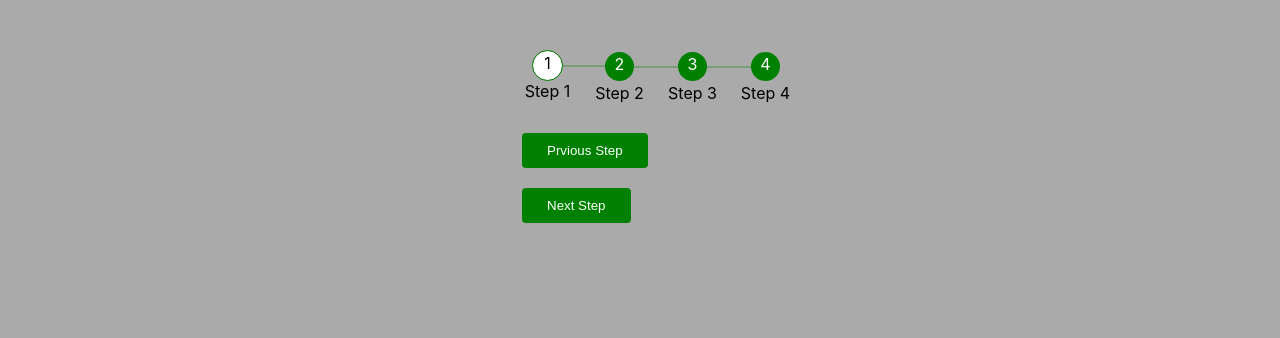
Repository: SD-Mdouka/project_step
Page: /
These files come from the project's save history. The page is drawn as it stood at one moment and after the next save; the edit follows.
The browser window is 1280 px wide. The pictures show the whole page.
The project was rebuilt for these pictures with package versions that can differ from the ones it lists, and the page was loaded fresh each time.

Above is the page before, as saved 2022-09-05 14:30:22.

### src/index.js
import React from "react";
import ReactDOM from "react-dom/client";
import "./index.css";
import App from "./Steps";
// import { AppBar, Toolbar, Typography } from "@material-ui/core";

const root = ReactDOM.createRoot(document.getElementById("root"));
root.render(
  <React.StrictMode>
    {/* <AppBar>
      <Toolbar>
        <Typography varient="h6">React app</Typography>
      </Toolbar>
    </AppBar> */}
    <App />
  </React.StrictMode>
);

### src/index.css
body {
    background-color: #aaa;
    margin: 0;
    font-family: -apple-system, BlinkMacSystemFont, "Segoe UI", "Roboto", "Oxygen", "Ubuntu", "Cantarell", "Fira Sans", "Droid Sans", "Helvetica Neue", sans-serif;
    -webkit-font-smoothing: antialiased;
    -moz-osx-font-smoothing: grayscale;
}

code {
    font-family: source-code-pro, Menlo, Monaco, Consolas, "Courier New", monospace;
}

.App-Project {
    margin-top: 50px;
    margin-inline: 40% !important;
}

.cirecle {
    width: 29px;
    height: 29px;
    line-height: 25px;
    background-color: green;
    color: white;
    border-radius: 50%;
    -webkit-border-radius: 50%;
    -moz-border-radius: 50%;
    -ms-border-radius: 50%;
    -o-border-radius: 50%;
    border: 2px solid transparent;
    text-align: center;
    cursor: pointer;
    background-clip: padding-box;
    -webkit-background-clip: padding-box;
}

.stepsWrapp {
    display: flex;
    margin-bottom: 20px;
    text-align: center;
}

.stepeBlock .circleWrapper {
    padding: 0px 20px;
    position: relative;
}

.selected .cirecle {
    color: black;
    background-color: white;
    border: 1px solid green;
}

.stepeBlock:not(:last-child)>.circleWrapper::after {
    content: "";
    width: 100%;
    height: 2px;
    position: absolute;
    top: 0px;
    bottom: 0px;
    background-color: green;
    margin: auto;
    z-index: -1;
}

.stepeBlock:not(:last-child)>.circleWrapper::after {
    height: 3px;
    opacity: 1;
}

.stepeBlock:not(:last-child).selected>.circleWrapper::after,
.stepeBlock:not(:last-child).selected~.stepeBlock:not(:last-child)>.circleWrapper::after {
    height: 2px;
    opacity: 0.3;
}

.pages {
    margin: 0 40%;
}

.primaryBtn {
    padding: 10px 25px;
    background-color: green;
    border: none;
    margin: 10px;
    color: white;
    border-radius: 4px;
    -webkit-border-radius: 4px;
    -moz-border-radius: 4px;
    -ms-border-radius: 4px;
    -o-border-radius: 4px;
    cursor: pointer;
}

.content {
    width: 100%;
    max-width: 960px;
    margin: auto;
}

.flex-container {
    background: #fff;
}

### src/Steps/index.js
import Step from "./Step";
import pageFlex from "./pageFlex";
import React, { useState } from "react";

function App() {
  const labelArray = ["Step 1", "Step 2", "Step 3", "Step 4"];
  const [currentSteps, setCurrentSteps] = useState(1);
  function updateStep(step) {
    setCurrentSteps(step);
  }
  return (
    <div className="App-Project">
      <Step
        labelArray={labelArray}
        currentSteps={currentSteps}
        updateStep={updateStep}
      ></Step>
      <p className="flex-container">
        {" "}
        <pageFlex />
      </p>
      <div>
        <button
          className="primaryBtn"
          onClick={() => updateStep(currentSteps - 1)}
        >
          Prvious Step
        </button>
        <button
          className="primaryBtn"
          onClick={() => updateStep(currentSteps + 1)}
        >
          Next Step
        </button>
      </div>
    </div>
  );
}

export default App;

### src/Steps/Step/index.js
import React, { useState } from "react";
import NavStep from "./NavStep";

const Step = (props) => {
  return (
    <div className="stepsWrapp">
      {props.labelArray.map((item, index) => (
        <NavStep
          key={index}
          index={index}
          label={item}
          updateStep={props.updateStep}
          selected={props.currentSteps === index + 1}
        ></NavStep>
      ))}
    </div>
  );
};
export default Step;

### src/Steps/Step/NavStep/index.js
import React from "react";

const NavStep = (props) => {
  return (
    <div className={"stepeBlock" + (props.selected ? " selected" : "")}>
      <div
        className="circleWrapper"
        onClick={() => props.updateStep(props.index + 1)}
      >
        <div className="cirecle">{props.index + 1}</div>
      </div>
      <span>{props.label}</span>
    </div>
  );
};
export default NavStep;

### src/Steps/pageFlex.js
import React from "react";

const pageFlex = () => {
  return (
    <div className="content">
      <div className="item first">first</div>
      <div className="item second">second</div>
      <div className="item third">third</div>
    </div>
  );
};

export default pageFlex;

Loaded but not shown: public/index.html (common file)

After the next save:
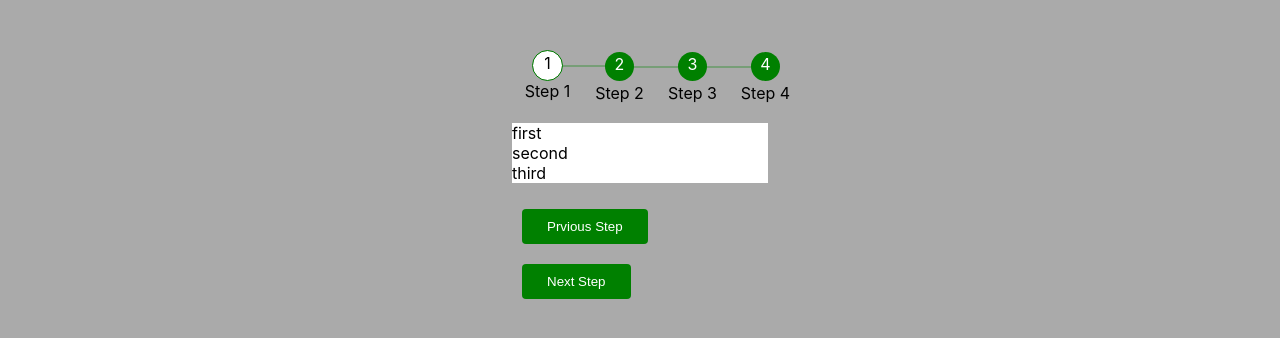
Saved 82 s later.
--- a/src/Steps/index.js
+++ b/src/Steps/index.js
@@ -1,5 +1,5 @@
 import Step from "./Step";
-import pageFlex from "./pageFlex";
+import PageFlex from "./pageFlex";
 import React, { useState } from "react";
 
 function App() {
@@ -17,7 +17,7 @@ function App() {
       ></Step>
       <p className="flex-container">
         {" "}
-        <pageFlex />
+        <PageFlex />
       </p>
       <div>
         <button
